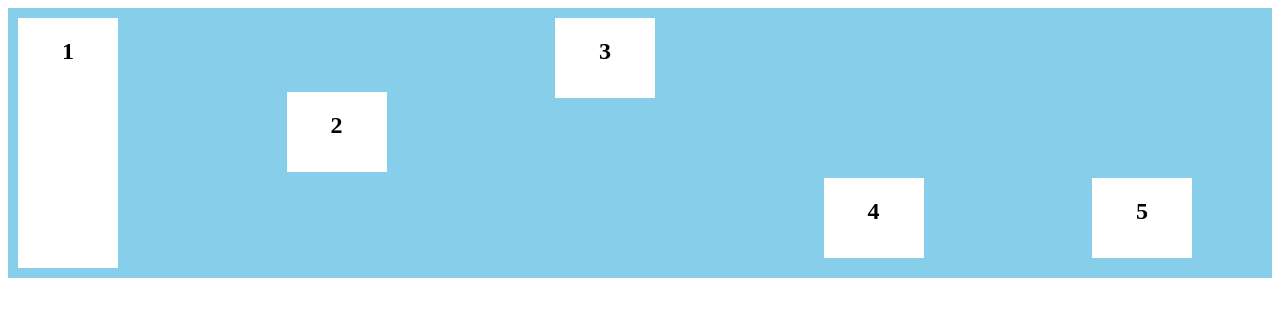
Repository: harshitanthal1/assignments_avisoft
Page: 01-02-2024/assignment_1/index.html
The author's editor kept a copy of each file at every save. The page is drawn from the files as they stood at one save, then again after the next save.
The browser window is 1280 px wide. The pictures show the whole page.

Above is the page before, as saved 2024-02-01 13:03:41.

After the next save:
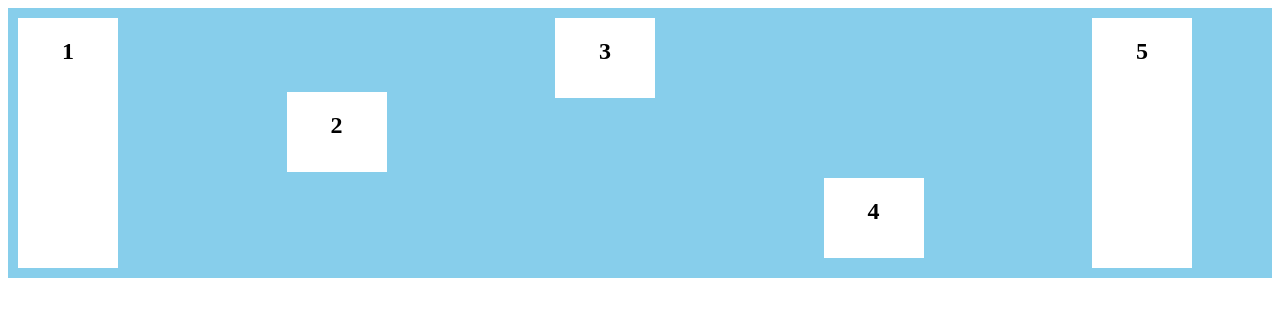
Saved 81 s later.
--- a/01-02-2024/assignment_1/index.html
+++ b/01-02-2024/assignment_1/index.html
@@ -12,7 +12,7 @@
         <div id="box-2"><h2>2</h2></div>
         <div id="box-3"><h2>3</h2></div>
         <div id="box-4"><h2>4</h2></div>
-        <div id="box-4"><h2>5</h2></div>
+        <div id="box-5"><h2>5</h2></div>
     </div>
 </body>
 </html>
